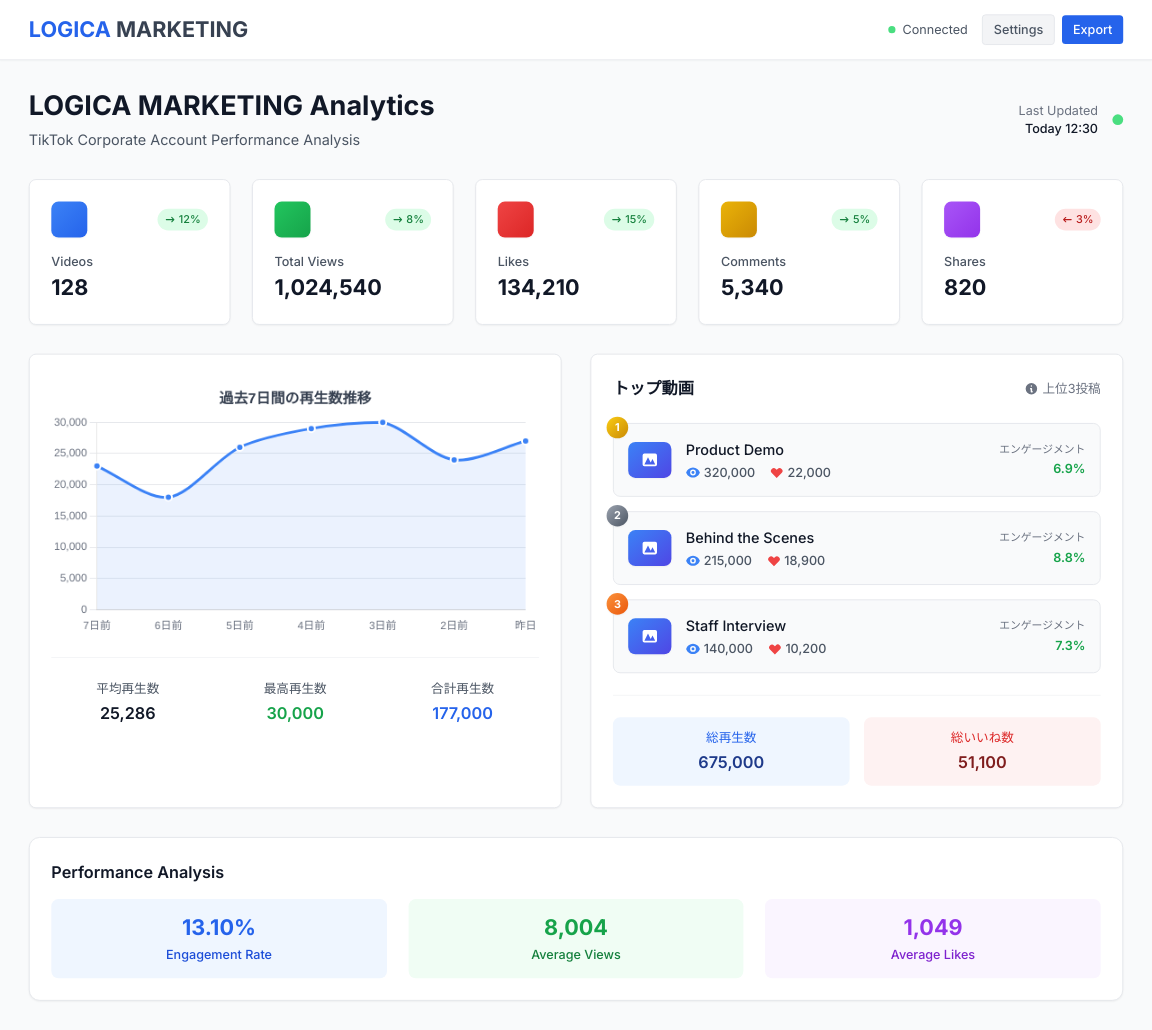
Repository: masayasusuzuki/LogicaMarketingTool
Page: /dashboard
These files come from the project's save history. The page is drawn as it stood at one moment and after the next save; the edit follows.
The browser window is 1280 px wide. The pictures show the whole page, at 90% of full size.
The project was rebuilt for these pictures with package versions that can differ from the ones it lists, and the page was loaded fresh each time. The framework's server and built-in components were replaced by stand-ins that run in the browser. Also part of the build but not shown: next.config.js.

Above is the page before, as saved 2025-08-07 12:42:08.

### src/app/layout.tsx
import type { Metadata } from 'next'
import { Inter } from 'next/font/google'
import './globals.css'

const inter = Inter({ subsets: ['latin'] })

export const metadata: Metadata = {
  title: 'LOGICA MARKETING - TikTok Analytics',
  description: 'TikTok Corporate Account Analytics Dashboard',
}

export default function RootLayout({
  children,
}: {
  children: React.ReactNode
}) {
  return (
    <html lang="en">
      <body className={inter.className}>{children}</body>
    </html>
  )
}

### src/app/dashboard/page.tsx
'use client'

import Link from 'next/link'
import { mockTikTokData } from '@/data/mockData'
import KPICard from '@/components/KPICard'
import ViewsChart from '@/components/ViewsChart'
import TopVideos from '@/components/TopVideos'

export default function Dashboard() {
  return (
    <div className="min-h-screen bg-gray-50">
      {/* ヘッダー */}
      <header className="bg-white shadow-sm border-b border-gray-200 sticky top-0 z-50">
        <div className="max-w-7xl mx-auto px-4 sm:px-6 lg:px-8">
          <div className="flex justify-between items-center py-4">
            <div className="flex items-center">
              <Link href="/" className="text-2xl font-bold hover:opacity-80 transition-opacity">
                <span className="text-blue-600">LOGICA</span>
                <span className="text-gray-700"> MARKETING</span>
              </Link>
            </div>
            <div className="flex items-center space-x-4">
              <div className="flex items-center text-sm text-gray-600">
                <div className="w-2 h-2 bg-green-400 rounded-full mr-2"></div>
                Connected
              </div>
              <div className="flex items-center space-x-2">
                <button className="px-3 py-1.5 bg-gray-100 text-gray-600 rounded text-sm font-medium border border-gray-200">
                  Settings
                </button>
                <button className="px-3 py-1.5 bg-blue-600 text-white rounded text-sm font-medium hover:bg-blue-700 transition-colors">
                  Export
                </button>
              </div>
            </div>
          </div>
        </div>
      </header>

      {/* メインコンテンツ */}
      <main className="max-w-7xl mx-auto px-4 sm:px-6 lg:px-8 py-8">
        {/* ページタイトル */}
        <div className="mb-8">
          <div className="flex items-center justify-between">
            <div>
              <h1 className="text-3xl font-bold text-gray-900 mb-2">LOGICA MARKETING Analytics</h1>
              <p className="text-gray-600">TikTok Corporate Account Performance Analysis</p>
            </div>
            <div className="flex items-center space-x-4">
              <div className="text-right">
                <p className="text-sm text-gray-500">Last Updated</p>
                <p className="text-sm font-medium text-gray-900">Today 12:30</p>
              </div>
              <div className="w-3 h-3 bg-green-400 rounded-full"></div>
            </div>
          </div>
        </div>

        {/* KPIサマリーカード */}
        <div className="grid grid-cols-1 md:grid-cols-2 lg:grid-cols-5 gap-6 mb-8">
          <KPICard
            title="Videos"
            value={mockTikTokData.total_videos}
            icon={
              <svg fill="currentColor" viewBox="0 0 20 20">
                <path fillRule="evenodd" d="M4 3a2 2 0 00-2 2v10a2 2 0 002 2h12a2 2 0 002-2V5a2 2 0 00-2-2H4zm12 12H4l4-8 3 6 2-4 3 6z" clipRule="evenodd"/>
              </svg>
            }
            color="from-blue-500 to-blue-600"
            trend={{ value: 12, isPositive: true }}
          />
          <KPICard
            title="Total Views"
            value={mockTikTokData.total_views}
            icon={
              <svg fill="currentColor" viewBox="0 0 20 20">
                <path d="M10 12a2 2 0 100-4 2 2 0 000 4z"/>
                <path fillRule="evenodd" d="M.458 10C1.732 5.943 5.522 3 10 3s8.268 2.943 9.542 7c-1.274 4.057-5.064 7-9.542 7S1.732 14.057.458 10zM14 10a4 4 0 11-8 0 4 4 0 018 0z" clipRule="evenodd"/>
              </svg>
            }
            color="from-green-500 to-green-600"
            trend={{ value: 8, isPositive: true }}
          />
          <KPICard
            title="Likes"
            value={mockTikTokData.total_likes}
            icon={
              <svg fill="currentColor" viewBox="0 0 20 20">
                <path fillRule="evenodd" d="M3.172 5.172a4 4 0 015.656 0L10 6.343l1.172-1.171a4 4 0 115.656 5.656L10 17.657l-6.828-6.829a4 4 0 010-5.656z" clipRule="evenodd"/>
              </svg>
            }
            color="from-red-500 to-red-600"
            trend={{ value: 15, isPositive: true }}
          />
          <KPICard
            title="Comments"
            value={mockTikTokData.total_comments}
            icon={
              <svg fill="currentColor" viewBox="0 0 20 20">
                <path fillRule="evenodd" d="M18 10c0 3.866-3.582 7-8 7a8.841 8.841 0 01-4.083-.98L2 17l1.338-3.123C2.493 12.767 2 11.434 2 10c0-3.866 3.582-7 8-7s8 3.134 8 7zM7 9H5v2h2V9zm8 0h-2v2h2V9zM9 9h2v2H9V9z" clipRule="evenodd"/>
              </svg>
            }
            color="from-yellow-500 to-yellow-600"
            trend={{ value: 5, isPositive: true }}
          />
          <KPICard
            title="Shares"
            value={mockTikTokData.total_shares}
            icon={
              <svg fill="currentColor" viewBox="0 0 20 20">
                <path d="M15 8a3 3 0 10-2.977-2.63l-4.94 2.47a3 3 0 100 4.319l4.94 2.47a3 3 0 10.895-1.789l-4.94-2.47a3.027 3.027 0 000-.74l4.94-2.47C13.456 7.68 14.19 8 15 8z"/>
              </svg>
            }
            color="from-purple-500 to-purple-600"
            trend={{ value: 3, isPositive: false }}
          />
        </div>

        {/* グラフとトップ動画 */}
        <div className="grid grid-cols-1 lg:grid-cols-2 gap-8 mb-8">
          <ViewsChart dailyViews={mockTikTokData.daily_views} />
          <TopVideos videos={mockTikTokData.top_videos} />
        </div>

        {/* 追加の分析セクション */}
        <div className="bg-white rounded-xl shadow-sm border border-gray-200 p-6">
          <h3 className="text-lg font-semibold text-gray-900 mb-4">Performance Analysis</h3>
          <div className="grid grid-cols-1 md:grid-cols-3 gap-6">
            <div className="text-center p-4 bg-blue-50 rounded-lg">
              <div className="text-2xl font-bold text-blue-600 mb-1">
                {((mockTikTokData.total_likes / mockTikTokData.total_views) * 100).toFixed(2)}%
              </div>
              <div className="text-sm text-blue-700 font-medium">Engagement Rate</div>
            </div>
            <div className="text-center p-4 bg-green-50 rounded-lg">
              <div className="text-2xl font-bold text-green-600 mb-1">
                {Math.round(mockTikTokData.total_views / mockTikTokData.total_videos).toLocaleString()}
              </div>
              <div className="text-sm text-green-700 font-medium">Average Views</div>
            </div>
            <div className="text-center p-4 bg-purple-50 rounded-lg">
              <div className="text-2xl font-bold text-purple-600 mb-1">
                {Math.round(mockTikTokData.total_likes / mockTikTokData.total_videos).toLocaleString()}
              </div>
              <div className="text-sm text-purple-700 font-medium">Average Likes</div>
            </div>
          </div>
        </div>
      </main>
    </div>
  )
}

### src/app/globals.css
@tailwind base;
@tailwind components;
@tailwind utilities;

:root {
  --foreground-rgb: 0, 0, 0;
  --background-start-rgb: 214, 219, 220;
  --background-end-rgb: 255, 255, 255;
  --tiktok-pink: #fe2c55;
  --tiktok-black: #121212;
  --tiktok-gray: #8e8e93;
}

@media (prefers-color-scheme: dark) {
  :root {
    --foreground-rgb: 255, 255, 255;
    --background-start-rgb: 0, 0, 0;
    --background-end-rgb: 0, 0, 0;
  }
}

body {
  color: rgb(var(--foreground-rgb));
  background: linear-gradient(
      to bottom,
      transparent,
      rgb(var(--background-end-rgb))
    )
    rgb(var(--background-start-rgb));
}

@layer utilities {
  .text-balance {
    text-wrap: balance;
  }
}

/* カスタムカラーの直接定義 */
.bg-tiktok-pink {
  background-color: var(--tiktok-pink);
}

.text-tiktok-pink {
  color: var(--tiktok-pink);
}

.border-tiktok-pink {
  border-color: var(--tiktok-pink);
}

.bg-tiktok-black {
  background-color: var(--tiktok-black);
}

.text-tiktok-black {
  color: var(--tiktok-black);
}

.bg-tiktok-gray {
  background-color: var(--tiktok-gray);
}

.text-tiktok-gray {
  color: var(--tiktok-gray);
}

/* グラデーション */
.from-tiktok-pink {
  --tw-gradient-from: var(--tiktok-pink);
  --tw-gradient-stops: var(--tw-gradient-from), var(--tw-gradient-to, rgba(254, 44, 85, 0));
}

.to-tiktok-pink {
  --tw-gradient-to: var(--tiktok-pink);
}

/* シャドウ */
.shadow-tiktok-pink\/25 {
  box-shadow: 0 25px 50px -12px rgba(254, 44, 85, 0.25);
}

### src/data/mockData.ts
export interface TikTokData {
  total_videos: number;
  total_views: number;
  total_likes: number;
  total_comments: number;
  total_shares: number;
  daily_views: number[];
  top_videos: {
    title: string;
    views: number;
    likes: number;
  }[];
}

export const mockTikTokData: TikTokData = {
  total_videos: 128,
  total_views: 1024540,
  total_likes: 134210,
  total_comments: 5340,
  total_shares: 820,
  daily_views: [23000, 18000, 26000, 29000, 30000, 24000, 27000],
  top_videos: [
    { title: "Product Demo", views: 320000, likes: 22000 },
    { title: "Behind the Scenes", views: 215000, likes: 18900 },
    { title: "Staff Interview", views: 140000, likes: 10200 }
  ]
};

### src/components/KPICard.tsx
interface KPICardProps {
  title: string;
  value: string | number;
  icon: React.ReactNode;
  color: string;
  trend?: {
    value: number;
    isPositive: boolean;
  };
}

export default function KPICard({ title, value, icon, color, trend }: KPICardProps) {
  return (
    <div className="group relative bg-white rounded-lg shadow-sm hover:shadow-md transition-all duration-200 overflow-hidden border border-gray-200">
      <div className="p-6">
        <div className="flex items-center justify-between mb-4">
          <div className={`w-10 h-10 rounded-lg bg-gradient-to-br ${color} flex items-center justify-center shadow-sm`}>
            <div className="text-white text-lg">
              {icon}
            </div>
          </div>

          {trend && (
            <div className={`flex items-center px-2 py-1 rounded-full text-xs font-medium ${
              trend.isPositive
                ? 'bg-green-100 text-green-700'
                : 'bg-red-100 text-red-700'
            }`}>
              <svg className={`w-3 h-3 mr-1 ${trend.isPositive ? 'rotate-0' : 'rotate-180'}`} fill="currentColor" viewBox="0 0 20 20">
                <path fillRule="evenodd" d="M12.293 5.293a1 1 0 011.414 0l4 4a1 1 0 010 1.414l-4 4a1 1 0 01-1.414-1.414L14.586 11H3a1 1 0 110-2h11.586l-2.293-2.293a1 1 0 010-1.414z" clipRule="evenodd"/>
              </svg>
              {trend.value}%
            </div>
          )}
        </div>

        <div>
          <p className="text-sm font-medium text-gray-600 mb-1">{title}</p>
          <p className="text-2xl font-bold text-gray-900">
            {typeof value === 'number' ? value.toLocaleString() : value}
          </p>
        </div>
      </div>
    </div>
  );
}

### src/components/ViewsChart.tsx
'use client'

import {
  Chart as ChartJS,
  CategoryScale,
  LinearScale,
  PointElement,
  LineElement,
  Title,
  Tooltip,
  Legend,
  Filler,
} from 'chart.js';
import { Line } from 'react-chartjs-2';

ChartJS.register(
  CategoryScale,
  LinearScale,
  PointElement,
  LineElement,
  Title,
  Tooltip,
  Legend,
  Filler
);

interface ViewsChartProps {
  dailyViews: number[];
}

export default function ViewsChart({ dailyViews }: ViewsChartProps) {
  const options = {
    responsive: true,
    maintainAspectRatio: false,
    plugins: {
      legend: {
        display: false,
      },
      title: {
        display: true,
        text: '過去7日間の再生数推移',
        font: {
          size: 16,
          weight: '600',
        },
        color: '#374151',
        padding: 16,
      },
      tooltip: {
        backgroundColor: 'rgba(0, 0, 0, 0.8)',
        titleColor: '#fff',
        bodyColor: '#fff',
        borderColor: '#3B82F6',
        borderWidth: 1,
        cornerRadius: 6,
        displayColors: false,
        callbacks: {
          label: function(context: any) {
            return `再生数: ${context.parsed.y.toLocaleString()}`;
          }
        }
      }
    },
    scales: {
      x: {
        grid: {
          display: false,
        },
        ticks: {
          color: '#6B7280',
          font: {
            weight: '500',
          }
        }
      },
      y: {
        beginAtZero: true,
        grid: {
          color: '#E5E7EB',
          drawBorder: false,
        },
        ticks: {
          color: '#6B7280',
          font: {
            weight: '500',
          },
          callback: function(value: any) {
            return value.toLocaleString();
          }
        }
      }
    },
    elements: {
      point: {
        radius: 4,
        hoverRadius: 6,
        backgroundColor: '#3B82F6',
        borderColor: '#fff',
        borderWidth: 2,
      },
      line: {
        tension: 0.3,
      }
    }
  };

  const labels = ['7日前', '6日前', '5日前', '4日前', '3日前', '2日前', '昨日'];

  const data = {
    labels,
    datasets: [
      {
        label: '再生数',
        data: dailyViews,
        borderColor: '#3B82F6',
        backgroundColor: 'rgba(59, 130, 246, 0.1)',
        fill: true,
        pointBackgroundColor: '#3B82F6',
        pointBorderColor: '#fff',
        pointBorderWidth: 2,
        pointRadius: 4,
        pointHoverRadius: 6,
      },
    ],
  };

  return (
    <div className="bg-white rounded-lg shadow-sm p-6 border border-gray-200">
      <div className="h-72">
        <Line options={options} data={data} />
      </div>

      {/* 統計情報 */}
      <div className="mt-6 pt-6 border-t border-gray-100">
        <div className="grid grid-cols-3 gap-4">
          <div className="text-center">
            <p className="text-sm text-gray-600 mb-1">平均再生数</p>
            <p className="text-lg font-semibold text-gray-900">
              {Math.round(dailyViews.reduce((a, b) => a + b, 0) / dailyViews.length).toLocaleString()}
            </p>
          </div>
          <div className="text-center">
            <p className="text-sm text-gray-600 mb-1">最高再生数</p>
            <p className="text-lg font-semibold text-green-600">
              {Math.max(...dailyViews).toLocaleString()}
            </p>
          </div>
          <div className="text-center">
            <p className="text-sm text-gray-600 mb-1">合計再生数</p>
            <p className="text-lg font-semibold text-blue-600">
              {dailyViews.reduce((a, b) => a + b, 0).toLocaleString()}
            </p>
          </div>
        </div>
      </div>
    </div>
  );
}

### src/components/TopVideos.tsx
interface Video {
  title: string;
  views: number;
  likes: number;
}

interface TopVideosProps {
  videos: Video[];
}

export default function TopVideos({ videos }: TopVideosProps) {
  return (
    <div className="bg-white rounded-lg shadow-sm p-6 border border-gray-200">
      <div className="flex items-center justify-between mb-6">
        <h3 className="text-lg font-semibold text-gray-900">トップ動画</h3>
        <div className="flex items-center text-sm text-gray-500">
          <svg className="w-4 h-4 mr-1" fill="currentColor" viewBox="0 0 20 20">
            <path fillRule="evenodd" d="M18 10a8 8 0 11-16 0 8 8 0 0116 0zm-7-4a1 1 0 11-2 0 1 1 0 012 0zM9 9a1 1 0 000 2v3a1 1 0 001 1h1a1 1 0 100-2v-3a1 1 0 00-1-1H9z" clipRule="evenodd"/>
          </svg>
          上位3投稿
        </div>
      </div>

      <div className="space-y-4">
        {videos.map((video, index) => (
          <div key={index} className="group relative bg-gray-50 hover:bg-gray-100 rounded-lg p-4 border border-gray-200 hover:border-gray-300 transition-all duration-200">
            {/* ランキングバッジ */}
            <div className="absolute -top-2 -left-2 w-6 h-6 rounded-full flex items-center justify-center font-bold text-xs shadow-sm">
              {index === 0 && (
                <div className="w-full h-full bg-gradient-to-br from-yellow-400 to-yellow-600 rounded-full flex items-center justify-center text-white">
                  1
                </div>
              )}
              {index === 1 && (
                <div className="w-full h-full bg-gradient-to-br from-gray-400 to-gray-600 rounded-full flex items-center justify-center text-white">
                  2
                </div>
              )}
              {index === 2 && (
                <div className="w-full h-full bg-gradient-to-br from-orange-400 to-orange-600 rounded-full flex items-center justify-center text-white">
                  3
                </div>
              )}
            </div>

            <div className="flex items-center">
              {/* サムネイルプレースホルダー */}
              <div className="w-12 h-10 bg-gradient-to-br from-blue-500 to-indigo-600 rounded-lg flex items-center justify-center mr-4 shadow-sm">
                <svg className="w-5 h-5 text-white" fill="currentColor" viewBox="0 0 20 20">
                  <path fillRule="evenodd" d="M4 3a2 2 0 00-2 2v10a2 2 0 002 2h12a2 2 0 002-2V5a2 2 0 00-2-2H4zm12 12H4l4-8 3 6 2-4 3 6z" clipRule="evenodd"/>
                </svg>
              </div>

              <div className="flex-1 min-w-0">
                <h4 className="font-medium text-gray-900 mb-1 truncate group-hover:text-blue-600 transition-colors">
                  {video.title}
                </h4>

                <div className="flex items-center space-x-4 text-sm text-gray-600">
                  <span className="flex items-center">
                    <svg className="w-4 h-4 mr-1 text-blue-500" fill="currentColor" viewBox="0 0 20 20">
                      <path d="M10 12a2 2 0 100-4 2 2 0 000 4z"/>
                      <path fillRule="evenodd" d="M.458 10C1.732 5.943 5.522 3 10 3s8.268 2.943 9.542 7c-1.274 4.057-5.064 7-9.542 7S1.732 14.057.458 10zM14 10a4 4 0 11-8 0 4 4 0 018 0z" clipRule="evenodd"/>
                    </svg>
                    <span className="font-medium">{video.views.toLocaleString()}</span>
                  </span>
                  <span className="flex items-center">
                    <svg className="w-4 h-4 mr-1 text-red-500" fill="currentColor" viewBox="0 0 20 20">
                      <path fillRule="evenodd" d="M3.172 5.172a4 4 0 015.656 0L10 6.343l1.172-1.171a4 4 0 115.656 5.656L10 17.657l-6.828-6.829a4 4 0 010-5.656z" clipRule="evenodd"/>
                    </svg>
                    <span className="font-medium">{video.likes.toLocaleString()}</span>
                  </span>
                </div>
              </div>

              {/* エンゲージメント率 */}
              <div className="text-right">
                <div className="text-xs text-gray-500 mb-1">エンゲージメント</div>
                <div className="text-sm font-semibold text-green-600">
                  {((video.likes / video.views) * 100).toFixed(1)}%
                </div>
              </div>
            </div>
          </div>
        ))}
      </div>

      {/* 統計サマリー */}
      <div className="mt-6 pt-6 border-t border-gray-100">
        <div className="grid grid-cols-2 gap-4">
          <div className="text-center p-3 bg-blue-50 rounded-lg">
            <p className="text-sm text-blue-600 font-medium mb-1">総再生数</p>
            <p className="text-lg font-semibold text-blue-900">
              {videos.reduce((sum, video) => sum + video.views, 0).toLocaleString()}
            </p>
          </div>
          <div className="text-center p-3 bg-red-50 rounded-lg">
            <p className="text-sm text-red-600 font-medium mb-1">総いいね数</p>
            <p className="text-lg font-semibold text-red-900">
              {videos.reduce((sum, video) => sum + video.likes, 0).toLocaleString()}
            </p>
          </div>
        </div>
      </div>
    </div>
  );
}

### tailwind.config.js
/** @type {import('tailwindcss').Config} */
module.exports = {
  content: [
    './src/pages/**/*.{js,ts,jsx,tsx,mdx}',
    './src/components/**/*.{js,ts,jsx,tsx,mdx}',
    './src/app/**/*.{js,ts,jsx,tsx,mdx}',
  ],
  theme: {
    extend: {
      colors: {
        tiktok: {
          pink: '#fe2c55',
          black: '#121212',
          gray: '#8e8e93',
        }
      },
      animation: {
        'pulse': 'pulse 2s cubic-bezier(0.4, 0, 0.6, 1) infinite',
        'bounce': 'bounce 1s infinite',
      },
      backdropBlur: {
        xs: '2px',
      }
    },
  },
  plugins: [],
}

After the next save:
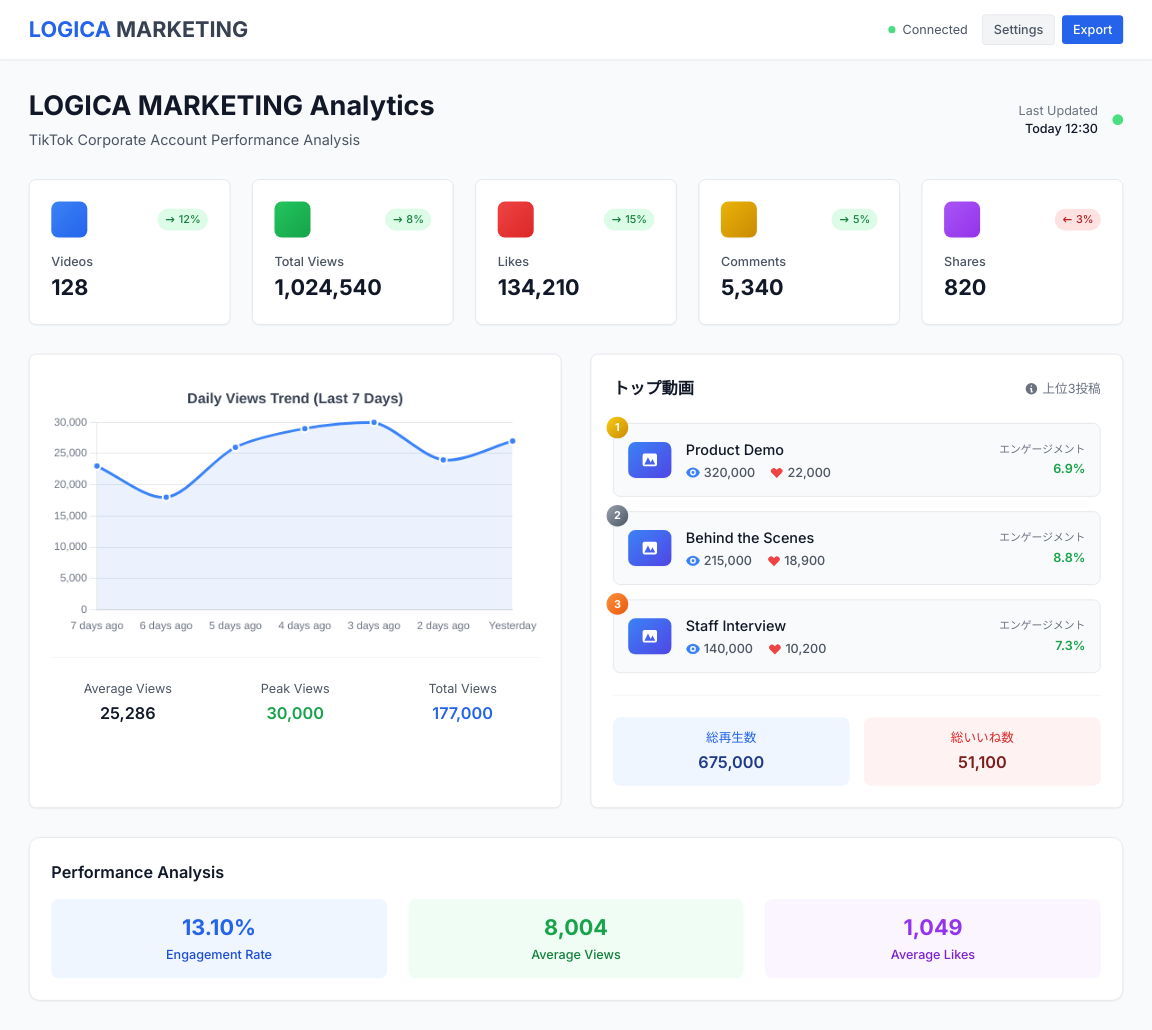
Saved 27 s later.
--- a/src/components/ViewsChart.tsx
+++ b/src/components/ViewsChart.tsx
@@ -38,7 +38,7 @@
       },
       title: {
         display: true,
-        text: '過去7日間の再生数推移',
+        text: 'Daily Views Trend (Last 7 Days)',
         font: {
           size: 16,
           weight: '600',
@@ -56,7 +56,7 @@
         displayColors: false,
         callbacks: {
           label: function(context: any) {
-            return `再生数: ${context.parsed.y.toLocaleString()}`;
+            return `Views: ${context.parsed.y.toLocaleString()}`;
           }
         }
       }
@@ -104,13 +104,13 @@
     }
   };
 
-  const labels = ['7日前', '6日前', '5日前', '4日前', '3日前', '2日前', '昨日'];
+  const labels = ['7 days ago', '6 days ago', '5 days ago', '4 days ago', '3 days ago', '2 days ago', 'Yesterday'];
 
   const data = {
     labels,
     datasets: [
       {
-        label: '再生数',
+        label: 'Views',
         data: dailyViews,
         borderColor: '#3B82F6',
         backgroundColor: 'rgba(59, 130, 246, 0.1)',
@@ -134,19 +134,19 @@
       <div className="mt-6 pt-6 border-t border-gray-100">
         <div className="grid grid-cols-3 gap-4">
           <div className="text-center">
-            <p className="text-sm text-gray-600 mb-1">平均再生数</p>
+            <p className="text-sm text-gray-600 mb-1">Average Views</p>
             <p className="text-lg font-semibold text-gray-900">
               {Math.round(dailyViews.reduce((a, b) => a + b, 0) / dailyViews.length).toLocaleString()}
             </p>
           </div>
           <div className="text-center">
-            <p className="text-sm text-gray-600 mb-1">最高再生数</p>
+            <p className="text-sm text-gray-600 mb-1">Peak Views</p>
             <p className="text-lg font-semibold text-green-600">
               {Math.max(...dailyViews).toLocaleString()}
             </p>
           </div>
           <div className="text-center">
-            <p className="text-sm text-gray-600 mb-1">合計再生数</p>
+            <p className="text-sm text-gray-600 mb-1">Total Views</p>
             <p className="text-lg font-semibold text-blue-600">
               {dailyViews.reduce((a, b) => a + b, 0).toLocaleString()}
             </p>
